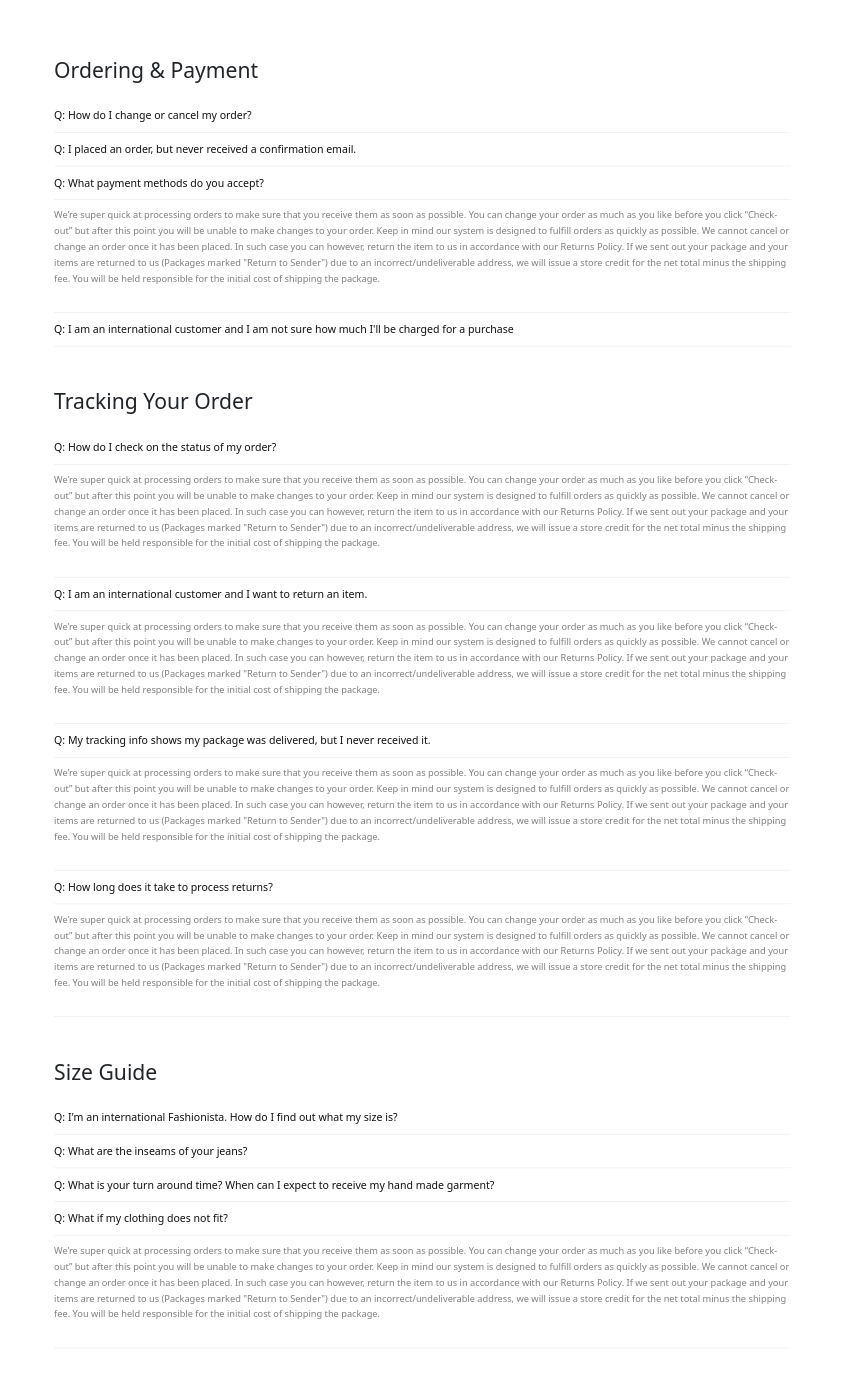
Repository: ST-United-Internship/Modaz-4life
Page: FaQ/FAQ.html
These files come from the project's save history. The page is drawn as it stood at one moment and after the next save; the edit follows.
The browser window is 1280 px wide. The pictures show the whole page, at 66% of full size.

Above is the page before, as saved 2023-03-22 16:04:28.

### FaQ/FAQ.html
<!DOCTYPE html>
<html lang="en">
<head>
    <meta charset="UTF-8">
    <meta http-equiv="X-UA-Compatible" content="IE=edge">
    <meta name="viewport" content="width=device-width, initial-scale=1.0">
    <link rel="stylesheet" type="text/css" href="FAQ.css" >
    <link href="https://cdn.jsdelivr.net/npm/bootstrap@5.3.0-alpha1/dist/css/bootstrap.min.css" rel="stylesheet" integrity="sha384-GLhlTQ8iRABdZLl6O3oVMWSktQOp6b7In1Zl3/Jr59b6EGGoI1aFkw7cmDA6j6gD" crossorigin="anonymous">
    <title>Document</title>
</head>
<body class="bodi header_sticky header-style-2 has-menu-extra">
   <!-- <div class="boxed">
    <div class="title-page textImg textImg1" style="background-position: 50% 89px;">
        <div class="container">
            <div class="row">
                <div class="col-md-12">
                    <div class="heading-page">
                    <h1 class="title">FAQ</h1>
                    </div>
                    <div class="breadcrumbs">
                    <ul>
                    <li><a href="index.html">Home</a></li>
                    <li><a href="coming-soon.html">Page</a></li>
                    <li><a href="faqs.html">Faq</a></li>
                    </ul>
                    </div>
                    </div>
            </div>
        </div>
    </div>
   </div>

</div> -->
    <div class="boxed">
        <section class="text-row">
            <div class="container">
                <div class="row">
                    <div class="col-md-12">
                        <div class="over-title">
                            <h2>Ordering & Payment</h2>
                        </div>
                        <div class="over-rise">
                            <div class="over-toggle">
                                <div class="toggle-title">Q: How do I change or cancel my order?</div>
                                <div class="toggle-text">
                                    <p>
                                    We’re super quick at processing orders to make sure that you receive them as soon as possible. You can change your order as much as you like before you click “Check- out” but after this point you will be unable to make changes to your order. Keep in mind our system is designed to fulfill orders as quickly as possible. We cannot cancel or change an order once it has been placed. In such case you can however, return the item to us in accordance with our Returns Policy. If we sent out your package and your items are returned to us (Packages marked "Return to Sender") due to an incorrect/undeliverable address, we will issue a store credit for the net total minus the shipping fee. You will be held responsible for the initial cost of shipping the package.
                                    </p>
                                    </div>
                            </div>
                            <div class="over-toggle">
                                <div class="toggle-title ">Q: I placed an order, but never received a confirmation email.</div>
                                <div class="toggle-text" style="display: block;">
                                    <p>
                                        We’re super quick at processing orders to make sure that you receive them as soon as possible. You can change your order as much as you like before you click “Check- out” but after this point you will be unable to make changes to your order. Keep in mind our system is designed to fulfill orders as quickly as possible. We cannot cancel or change an order once it has been placed. In such case you can however, return the item to us in accordance with our Returns Policy. If we sent out your package and your items are returned to us (Packages marked "Return to Sender") due to an incorrect/undeliverable address, we will issue a store credit for the net total minus the shipping fee. You will be held responsible for the initial cost of shipping the package.
                                    </p>
                                </div>
                            </div>
                            <div class="over-toggle">
                                <div class="toggle-title active">Q: What payment methods do you accept?</div>
                                <div class="toggle-text" style="display: block;">
                                    <p>
                                        We’re super quick at processing orders to make sure that you receive them as soon as possible. You can change your order as much as you like before you click “Check- out” but after this point you will be unable to make changes to your order. Keep in mind our system is designed to fulfill orders as quickly as possible. We cannot cancel or change an order once it has been placed. In such case you can however, return the item to us in accordance with our Returns Policy. If we sent out your package and your items are returned to us (Packages marked "Return to Sender") due to an incorrect/undeliverable address, we will issue a store credit for the net total minus the shipping fee. You will be held responsible for the initial cost of shipping the package.
                                    </p>
                                </div>
                            </div>
                            <div class="over-toggle">
                                <div class="toggle-title ">Q: I am an international customer and I am not sure how much I'll be charged for a purchase</div>
                                <div class="toggle-text" style="display: block;">
                                    <p>
                                        We’re super quick at processing orders to make sure that you receive them as soon as possible. You can change your order as much as you like before you click “Check- out” but after this point you will be unable to make changes to your order. Keep in mind our system is designed to fulfill orders as quickly as possible. We cannot cancel or change an order once it has been placed. In such case you can however, return the item to us in accordance with our Returns Policy. If we sent out your package and your items are returned to us (Packages marked "Return to Sender") due to an incorrect/undeliverable address, we will issue a store credit for the net total minus the shipping fee. You will be held responsible for the initial cost of shipping the package.
                                    </p>
                                </div>
                            </div>
                        </div>
                    </div>
                </div>
                <div class="loaded"></div>
                <div class="row">
                    <div class="col-md-12">
                        <div class="over-title">
                            <h2>Tracking Your Order</h2>
                        </div>
                        <div class="over-rise">
                            <div class="over-toggle">
                                <div class="toggle-title active">Q: How do I check on the status of my order?</div>
                                <div class="toggle-text" style="display: block;">
                                    <p>
                                        We’re super quick at processing orders to make sure that you receive them as soon as possible. You can change your order as much as you like before you click “Check- out” but after this point you will be unable to make changes to your order. Keep in mind our system is designed to fulfill orders as quickly as possible. We cannot cancel or change an order once it has been placed. In such case you can however, return the item to us in accordance with our Returns Policy. If we sent out your package and your items are returned to us (Packages marked "Return to Sender") due to an incorrect/undeliverable address, we will issue a store credit for the net total minus the shipping fee. You will be held responsible for the initial cost of shipping the package.
                                    </p>
                                </div>
                            </div>
                            <div class="over-toggle">
                                <div class="toggle-title active">Q: I am an international customer and I want to return an item.</div>
                                <div class="toggle-text" style="display: block;">
                                    <p>
                                        We’re super quick at processing orders to make sure that you receive them as soon as possible. You can change your order as much as you like before you click “Check- out” but after this point you will be unable to make changes to your order. Keep in mind our system is designed to fulfill orders as quickly as possible. We cannot cancel or change an order once it has been placed. In such case you can however, return the item to us in accordance with our Returns Policy. If we sent out your package and your items are returned to us (Packages marked "Return to Sender") due to an incorrect/undeliverable address, we will issue a store credit for the net total minus the shipping fee. You will be held responsible for the initial cost of shipping the package.
                                    </p>
                                </div>
                            </div>
                            <div class="over-toggle">
                                <div class="toggle-title active">Q: My tracking info shows my package was delivered, but I never received it.</div>
                                <div class="toggle-text" style="display: block;">
                                    <p>
                                        We’re super quick at processing orders to make sure that you receive them as soon as possible. You can change your order as much as you like before you click “Check- out” but after this point you will be unable to make changes to your order. Keep in mind our system is designed to fulfill orders as quickly as possible. We cannot cancel or change an order once it has been placed. In such case you can however, return the item to us in accordance with our Returns Policy. If we sent out your package and your items are returned to us (Packages marked "Return to Sender") due to an incorrect/undeliverable address, we will issue a store credit for the net total minus the shipping fee. You will be held responsible for the initial cost of shipping the package.
                                    </p>
                                </div>
                            </div>
                            <div class="over-toggle">
                                <div class="toggle-title active">Q: How long does it take to process returns?</div>
                                <div class="toggle-text" style="display: block;">
                                    <p>
                                        We’re super quick at processing orders to make sure that you receive them as soon as possible. You can change your order as much as you like before you click “Check- out” but after this point you will be unable to make changes to your order. Keep in mind our system is designed to fulfill orders as quickly as possible. We cannot cancel or change an order once it has been placed. In such case you can however, return the item to us in accordance with our Returns Policy. If we sent out your package and your items are returned to us (Packages marked "Return to Sender") due to an incorrect/undeliverable address, we will issue a store credit for the net total minus the shipping fee. You will be held responsible for the initial cost of shipping the package.
                                    </p>
                                </div>
                            </div>
                        </div>
                    </div>
                </div>
                <div class="loaded"></div>
                <div class="row">
                    <div class="col-md-12">
                        <div class="over-title">
                            <h2>Size Guide</h2>
                        </div>
                        <div class="over-rise">
                            <div class="over-toggle">
                                <div class="toggle-title">Q: I'm an international Fashionista. How do I find out what my size is?</div>
                                <div class="toggle-text" style="display: block;">
                                    <p>
                                        We’re super quick at processing orders to make sure that you receive them as soon as possible. You can change your order as much as you like before you click “Check- out” but after this point you will be unable to make changes to your order. Keep in mind our system is designed to fulfill orders as quickly as possible. We cannot cancel or change an order once it has been placed. In such case you can however, return the item to us in accordance with our Returns Policy. If we sent out your package and your items are returned to us (Packages marked "Return to Sender") due to an incorrect/undeliverable address, we will issue a store credit for the net total minus the shipping fee. You will be held responsible for the initial cost of shipping the package.
                                    </p>
                                </div>
                            </div>
                            <div class="over-toggle">
                                <div class="toggle-title ">Q: What are the inseams of your jeans?</div>
                                <div class="toggle-text" style="display: block;">
                                    <p>
                                        We’re super quick at processing orders to make sure that you receive them as soon as possible. You can change your order as much as you like before you click “Check- out” but after this point you will be unable to make changes to your order. Keep in mind our system is designed to fulfill orders as quickly as possible. We cannot cancel or change an order once it has been placed. In such case you can however, return the item to us in accordance with our Returns Policy. If we sent out your package and your items are returned to us (Packages marked "Return to Sender") due to an incorrect/undeliverable address, we will issue a store credit for the net total minus the shipping fee. You will be held responsible for the initial cost of shipping the package.
                                    </p>
                                </div>
                            </div>
                            <div class="over-toggle">
                                <div class="toggle-title ">Q: What is your turn around time? When can I expect to receive my hand made garment?</div>
                                <div class="toggle-text" style="display: block;">
                                    <p>
                                        We’re super quick at processing orders to make sure that you receive them as soon as possible. You can change your order as much as you like before you click “Check- out” but after this point you will be unable to make changes to your order. Keep in mind our system is designed to fulfill orders as quickly as possible. We cannot cancel or change an order once it has been placed. In such case you can however, return the item to us in accordance with our Returns Policy. If we sent out your package and your items are returned to us (Packages marked "Return to Sender") due to an incorrect/undeliverable address, we will issue a store credit for the net total minus the shipping fee. You will be held responsible for the initial cost of shipping the package.
                                    </p>
                                </div>
                            </div>
                            <div class="over-toggle">
                                <div class="toggle-title active">Q: What if my clothing does not fit?</div>
                                <div class="toggle-text" style="display: block;">
                                    <p>
                                        We’re super quick at processing orders to make sure that you receive them as soon as possible. You can change your order as much as you like before you click “Check- out” but after this point you will be unable to make changes to your order. Keep in mind our system is designed to fulfill orders as quickly as possible. We cannot cancel or change an order once it has been placed. In such case you can however, return the item to us in accordance with our Returns Policy. If we sent out your package and your items are returned to us (Packages marked "Return to Sender") due to an incorrect/undeliverable address, we will issue a store credit for the net total minus the shipping fee. You will be held responsible for the initial cost of shipping the package.
                                    </p>
                                </div>
                            </div>
                        </div>
                    </div>
                </div>
            </div>
        </section>
    </div>
  <script src="https://cdn.jsdelivr.net/npm/@popperjs/core@2.11.6/dist/umd/popper.min.js" integrity="sha384-oBqDVmMz9ATKxIep9tiCxS/Z9fNfEXiDAYTujMAeBAsjFuCZSmKbSSUnQlmh/jp3" crossorigin="anonymous"></script>
<script src="https://cdn.jsdelivr.net/npm/bootstrap@5.3.0-alpha1/dist/js/bootstrap.min.js" integrity="sha384-mQ93GR66B00ZXjt0YO5KlohRA5SY2XofN4zfuZxLkoj1gXtW8ANNCe9d5Y3eG5eD" crossorigin="anonymous"></script>

<!--javaScript-->
<script
  src="https://code.jquery.com/jquery-1.12.4.js"
  integrity="sha256-Qw82+bXyGq6MydymqBxNPYTaUXXq7c8v3CwiYwLLNXU="
  crossorigin="anonymous"></script>
<!-- <script src="javascript/main.js"></script> -->
<script>
    (function($) {
    var flatAccordion = function() {
      var speed= {duration: 500};
      $('.toggle-text').hide();
      $('.over-rise .toggle-title.active').siblings('.toggle-text').show();

      $('.over-rise .toggle-title').on('click', function(){
        if(!$(this).is('.active')) {
          $(this).closest('.over-rise').find('.toggle-title.active').toggleClass('active').next().slideToggle(speed);
          $(this).toggleClass('active');
          $(this).next().slideToggle(speed);
        }else {
          $(this).toggleClass('active');
          $(this).next().slideToggle(speed);
        }
      });
    };
	$(function() {
      flatAccordion();
   	});
})(jQuery);
</script>



</body>

</html>

### FaQ/FAQ.css
/* *{
    margin: 0;
    padding: 0;
    box-sizing: border-box;

}

.title-page{
    position: relative;
    padding: 76px 0 77px;
    text-align: center;
}
.textImg{
    width: 100%;
    background-attachment: fixed;
}
.textImg1{
    background-image: url("http://themesflat.com/html/modaz/images/parallax/bg-parallax1.jpg");
}

.heading-page{
    font-family: inherit;
    font-size: 100%;
    font-weight: inherit;
    font-style: inherit;
    vertical-align: baseline;
    margin: 0;
    padding: 0;
    border: 0;
    outline: 0;
    background: 0 0;
    box-sizing: border-box;
}

.title-page .heading-page .title{
    margin-bottom: 23px;
}

h1{
    font-size: 48px;
    line-height: 48px;
    font-weight: 500;
    color: #333
}

.title-page .breadcrumbs ul{
    padding: 0;
    list-style: none;
}

.title-page .breadcrumbs ul li{
    display: inline-block;
    position: relative;
    margin: 0 9px 0 7px;

}

.title-page .breadcrumbs ul li:before{
    content: ">";
    position: absolute;
    top: 0;
    right: -12px;
}

.breadcrumbs ul li:last-child:before {
    content: "";
    background-color: transparent;
}

.title-page .breadcrumbs ul li a{
    color: #6e6e6e;
    font-weight: 400;
    text-decoration: none;
    transition: all .3s ease-in-out;
}

 */
 /* *{
    margin: 0;
    padding: 0;
    box-sizing: border-box;
 } */

 body{
    font: 14px/26px "Poppins",sans-serif;
    font-weight: 300;
    background-color: #fff;
    color: #6e6e6e;
 }
.boxed{
    overflow: hidden;
    position: relative;
}
.text-row{
    clear: both;
    display: block;
    position: relative;
    padding: 87px 0 63px 0;
    overflow: hidden;
}

.container{
    position: relative;
    margin-left: auto;
    margin-right: auto;
}

.loaded{
    clear: both;
    display: block;
    height: 49px;
}

.over-title{
    margin-bottom: 40px;
}

h2{
    font-size: 24px;
    line-height: 30px;
    color: #252525;
}

.over-rise .over-toggle{
    margin-bottom: 15px;
}

.over-rise .over-toggle .toggle-title{
    font-size: 16px;
    line-height: 20px;
    font-weight: 400;
    color: #111;
    border-bottom: 1px solid #ebebeb;
    padding-bottom: 15px;
    margin-bottom: 11px;
    cursor: pointer;
}

.over-rise .over-toggle .toggle-text{
    border-bottom: 1px solid #ebebeb;
    padding-bottom: 14px;
}

.over-rise .over-toggle .toggle-text p{
    line-height: 24px;
    margin-bottom: 25px;
    font-size: 14px;
    filter: contrast(1%);
}

After the next save:
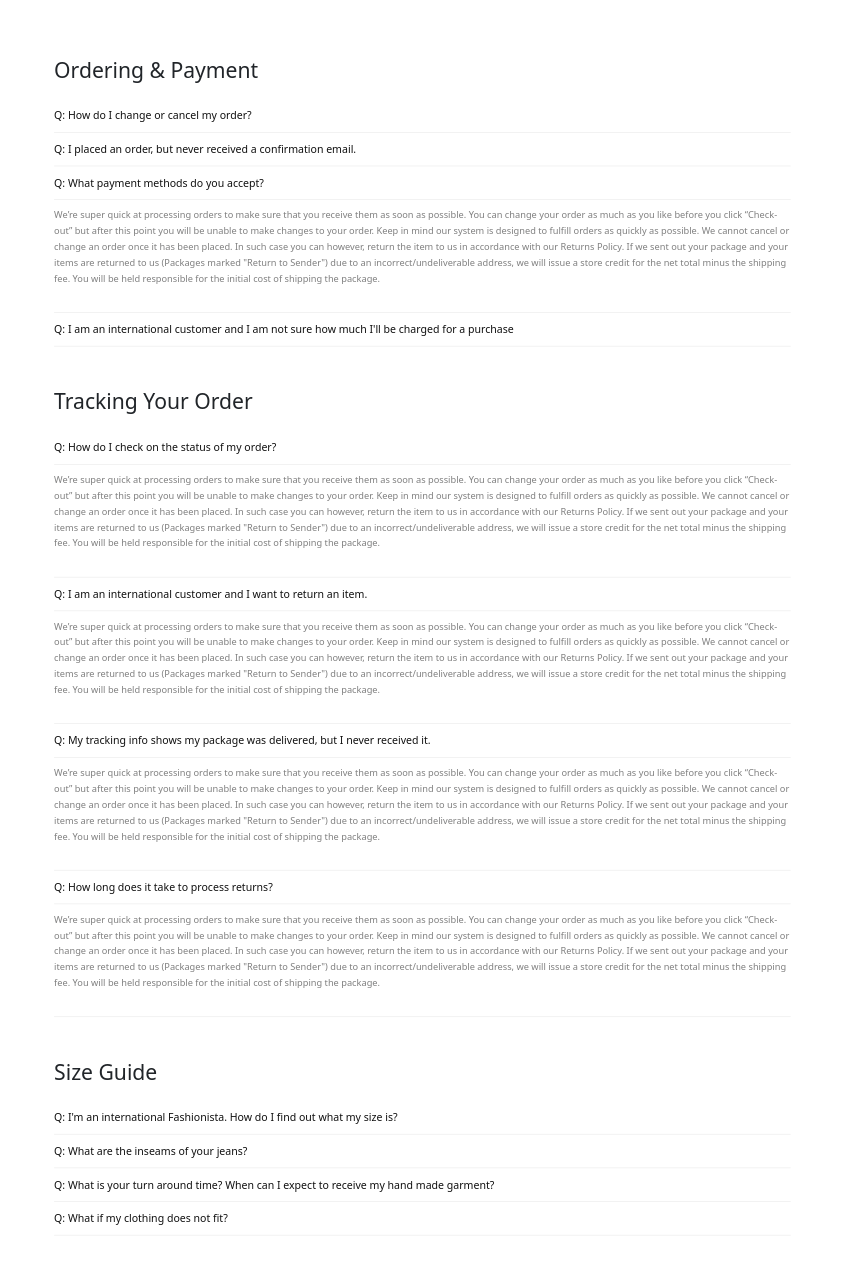
Saved 23 s later.
--- a/FaQ/FAQ.html
+++ b/FaQ/FAQ.html
@@ -149,7 +149,7 @@
                                 </div>
                             </div>
                             <div class="over-toggle">
-                                <div class="toggle-title active">Q: What if my clothing does not fit?</div>
+                                <div class="toggle-title ">Q: What if my clothing does not fit?</div>
                                 <div class="toggle-text" style="display: block;">
                                     <p>
                                         We’re super quick at processing orders to make sure that you receive them as soon as possible. You can change your order as much as you like before you click “Check- out” but after this point you will be unable to make changes to your order. Keep in mind our system is designed to fulfill orders as quickly as possible. We cannot cancel or change an order once it has been placed. In such case you can however, return the item to us in accordance with our Returns Policy. If we sent out your package and your items are returned to us (Packages marked "Return to Sender") due to an incorrect/undeliverable address, we will issue a store credit for the net total minus the shipping fee. You will be held responsible for the initial cost of shipping the package.
